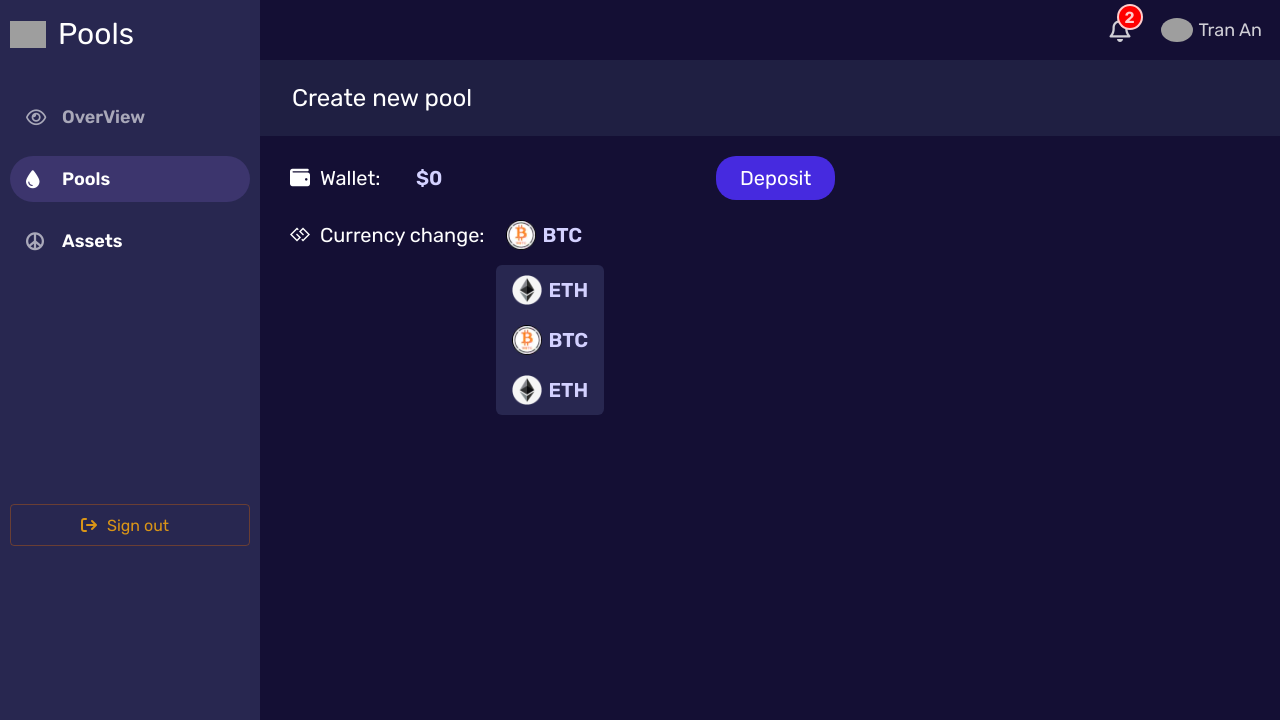
Repository: quynh232000/pools
Page: pool/create-pool.html
The author's editor kept a copy of each file at every save. The page is drawn from the files as they stood at one save, then again after the next save.
The browser window is 1280 px wide. The pictures show the whole page.
Pictures or frames that could not be fetched are drawn as grey boxes.

Above is the page before, as saved 2023-07-14 00:41:51.

After the next save:
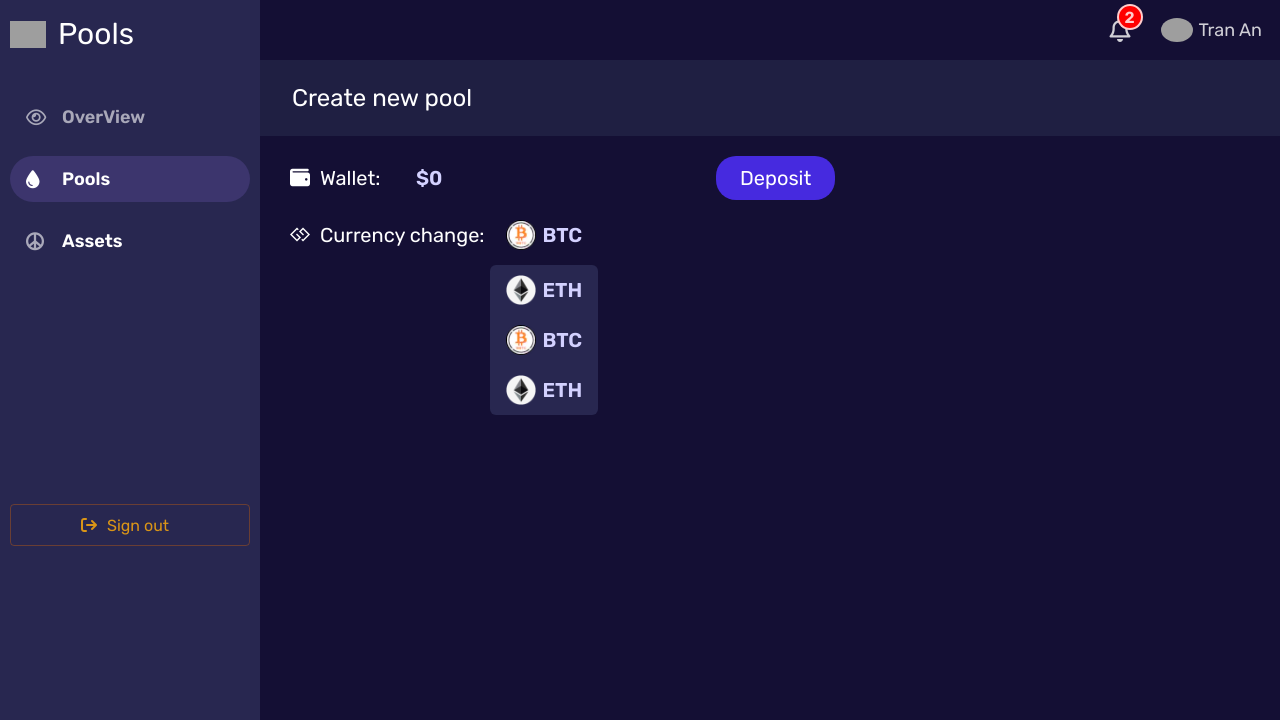
Saved 4 s later.
--- a/src/css/create-pool.css
+++ b/src/css/create-pool.css
@@ -56,7 +56,7 @@
     background-color: var(--bg-item-color);
     border-radius: 6px;
     top: 150%;
-    left: -10px;
+    left: -16px;
 }
 .type-money-more .type-money-item{
     /* margin: 8px; */
